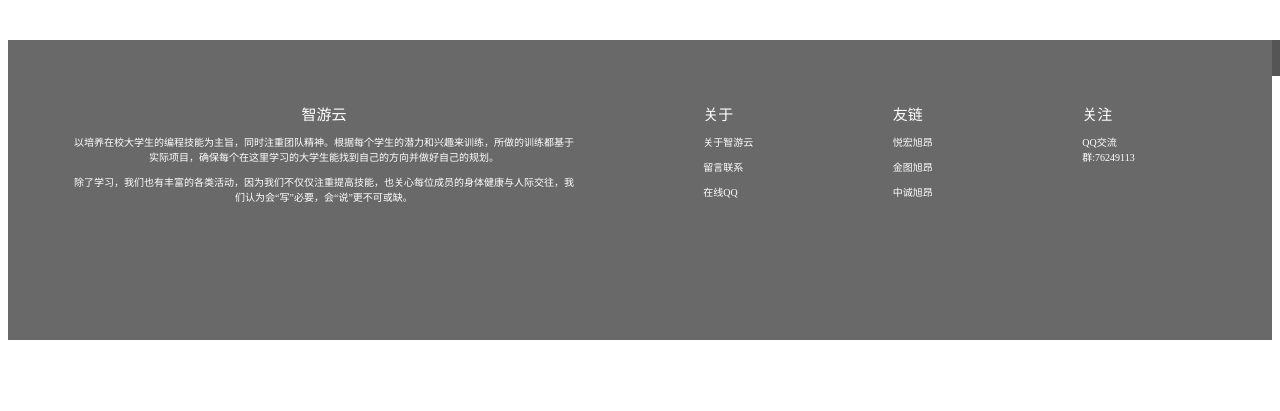
Repository: dakai1234/webTest
Page: 智游云1/product/product.html
An editor plug-in stored every save of this project. The page is shown before and after the next save, followed by the edit.
The browser window is 1280 px wide. The pictures show the whole page.

Above is the page before, as saved 2021-04-10 08:23:43.

After the next save:
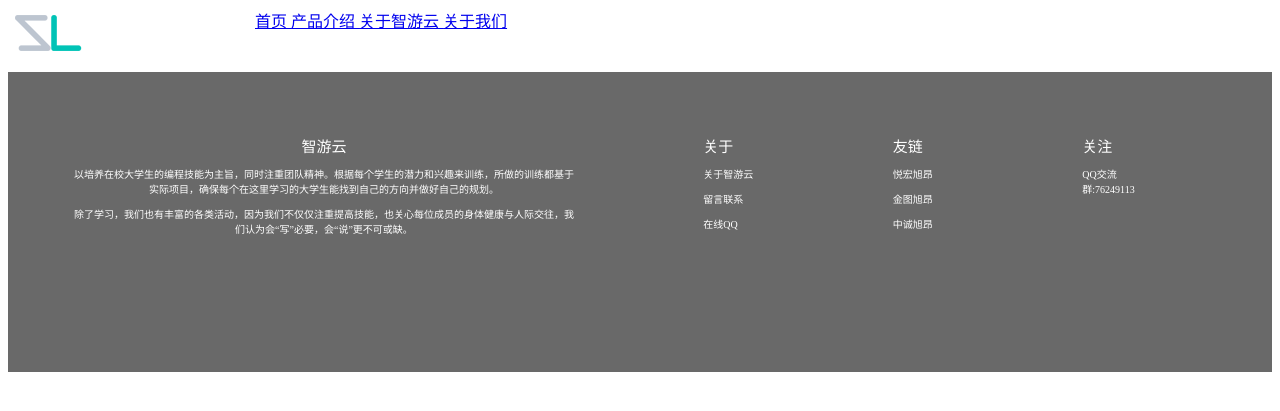
Saved 2 min 19 s later.
--- a/智游云1/headerCss/header.css
+++ b/智游云1/headerCss/header.css
@@ -1,8 +1,4 @@
 .header {
-    height: 5%;
-}
-
-.header_content {
     background-color: #555;
     width: 100%;
     height: 5%;
